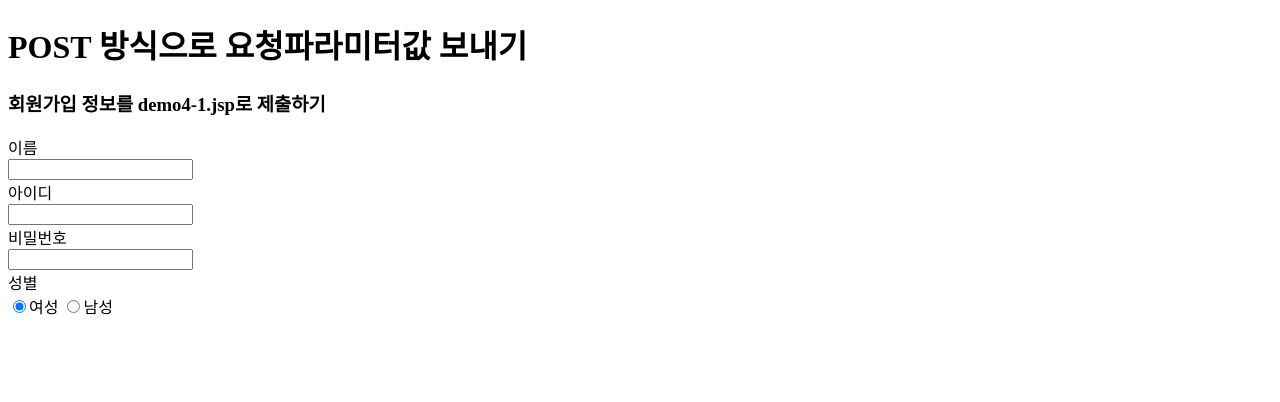
Repository: onuo77/ja_HTA
Page: http://localhost/sample/req/demo4.jsp
An editor plug-in stored every save of this project. The page is shown before and after a run of saves, followed by the edit.
The browser window is 1280 px wide. The pictures show the whole page.
The page is served by Tomcat 9.

Above is the page before, as saved 2021-05-20 06:12:53.

After the next 2 saves:
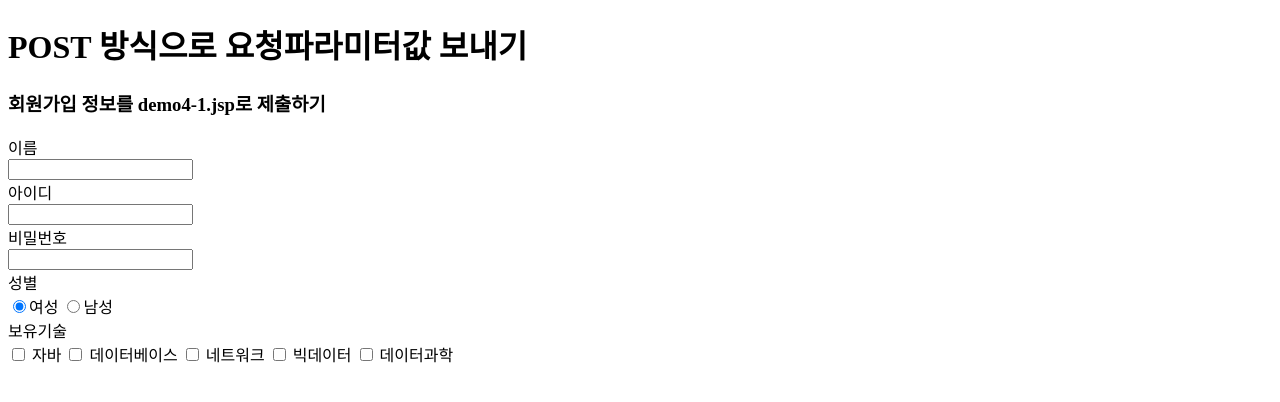
The 2 saves are shown as one change because they came seconds apart.
The last was saved 82 s later.
--- a/java-web/sample/src/main/webapp/req/demo4.jsp
+++ b/java-web/sample/src/main/webapp/req/demo4.jsp
@@ -28,6 +28,13 @@
 	 	성별<br/>
 	 	<input type="radio" name="gender" value="여성" checked>여성
 	 	<input type="radio" name="gender" value="남성">남성<br/>
+	 	보유기술<br/>
+	 	<input type="checkbox" name="skill" value="java"/> 자바
+	 	<input type="checkbox" name="skill" value="db"/> 데이터베이스
+	 	<input type="checkbox" name="skill" value="net"/> 네트워크
+	 	<input type="checkbox" name="skill" value="big"/> 빅데이터
+	 	<input type="checkbox" name="skill" value="data"/> 데이터과학<br/>
+
 	 </form>
 </body>
 </html>
